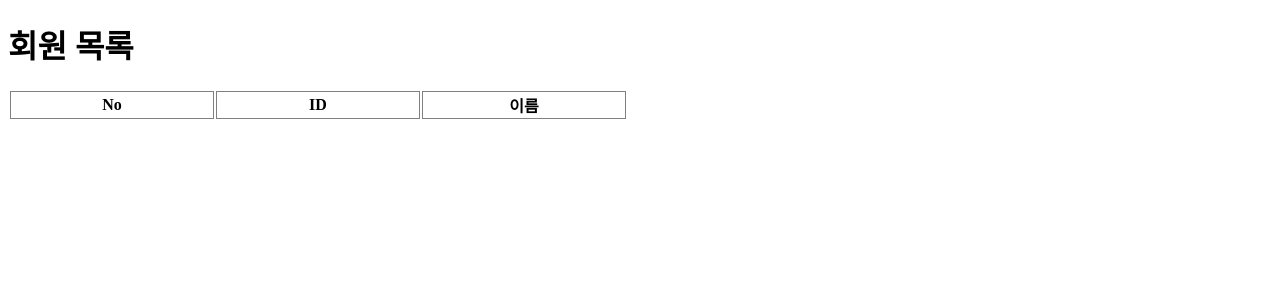
Repository: geonyoung112/Jsp_practice
Page: http://localhost/lcomputerstudy/userlist.jsp
An editor plug-in stored every save of this project. The page is shown before and after the next save, followed by the edit.
The browser window is 1280 px wide. The pictures show the whole page.
The page is served by Tomcat 9. Other server files are loaded and not shown. Queries for data that is not in the repository find no rows.

Above is the page before, as saved 2023-04-07 02:44:44.

### lcomputerstudy/src/main/webapp/userlist.jsp
<%@ page language="java" contentType="text/html; charset=UTF-8"
    pageEncoding="UTF-8"%>
<!DOCTYPE html>
<html>
<head>
<meta charset="UTF-8">
<title>회원 목록</title>
</head>
<Style>
	table {
		borde-collapse:collapse;
	}
	table tr th {
		font-weight:700;
	}
	table tr td, table tr th {
		border: 1px solid #818181;
		width:200px;
		text-align:center;
	}
</Style>
<body>
<%@ include file = "db_connection.jsp" %>
	<h1>회원 목록</h1>
	<table>
		<tr>
			<th>No</th>
			<th>ID</th>
			<th>이름</th>
		</tr>
		<%
			PreparedStatement pstmt = null;
			ResultSet rs = null;

		    String query = "select * from user";
	       	pstmt = conn.prepareStatement(query);

	        rs = pstmt.executeQuery();

	        while(rs.next()){
	       	       String u_idx = rs.getString("u_idx");
	               String u_id = rs.getString("u_id");
	               String u_name = rs.getString("u_name");
	     %>
	     <tr>
			<td><%=u_idx %></td>
			<td><%=u_id %></td>
			<td><%=u_name %></td>
	     <tr>
		<%
	        }
	        rs.close();
	        pstmt.close();
	        conn.close();
		%>

	</table>
</body>
</html>

### lcomputerstudy/src/main/webapp/db_connection.jsp

<%@ page import="java.sql.*" %>

<%
	Connection conn = null;

	String url = "jdbc:mysql://localhost:3306/lcom";
	String user ="root";
	String dbPassword="1234";

	Class.forName("org.mariadb.jdbc.Driver");
	conn = DriverManager.getConnection(url, user, dbPassword);

%>

After the next save:
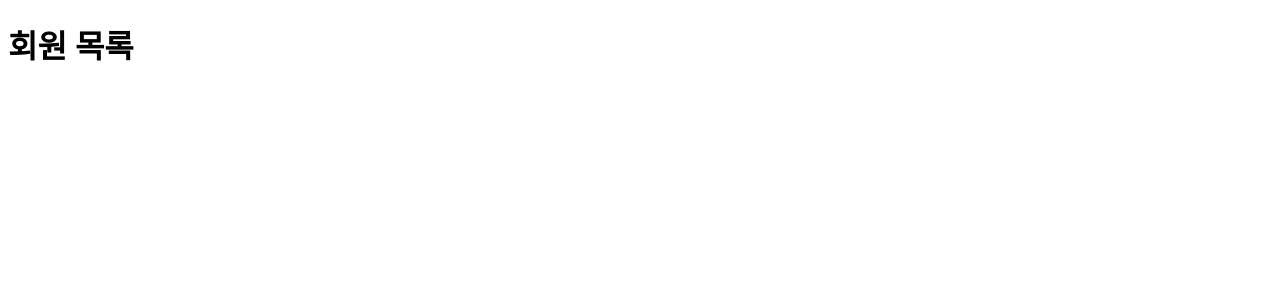
Saved 66 s later.
--- a/lcomputerstudy/src/main/webapp/userlist.jsp
+++ b/lcomputerstudy/src/main/webapp/userlist.jsp
@@ -23,11 +23,7 @@
 <%@ include file = "db_connection.jsp" %>
 	<h1>회원 목록</h1>
 	<table>
-		<tr>
-			<th>No</th>
-			<th>ID</th>
-			<th>이름</th>
-		</tr>
+
 		<%
 			PreparedStatement pstmt = null;
 			ResultSet rs = null;
